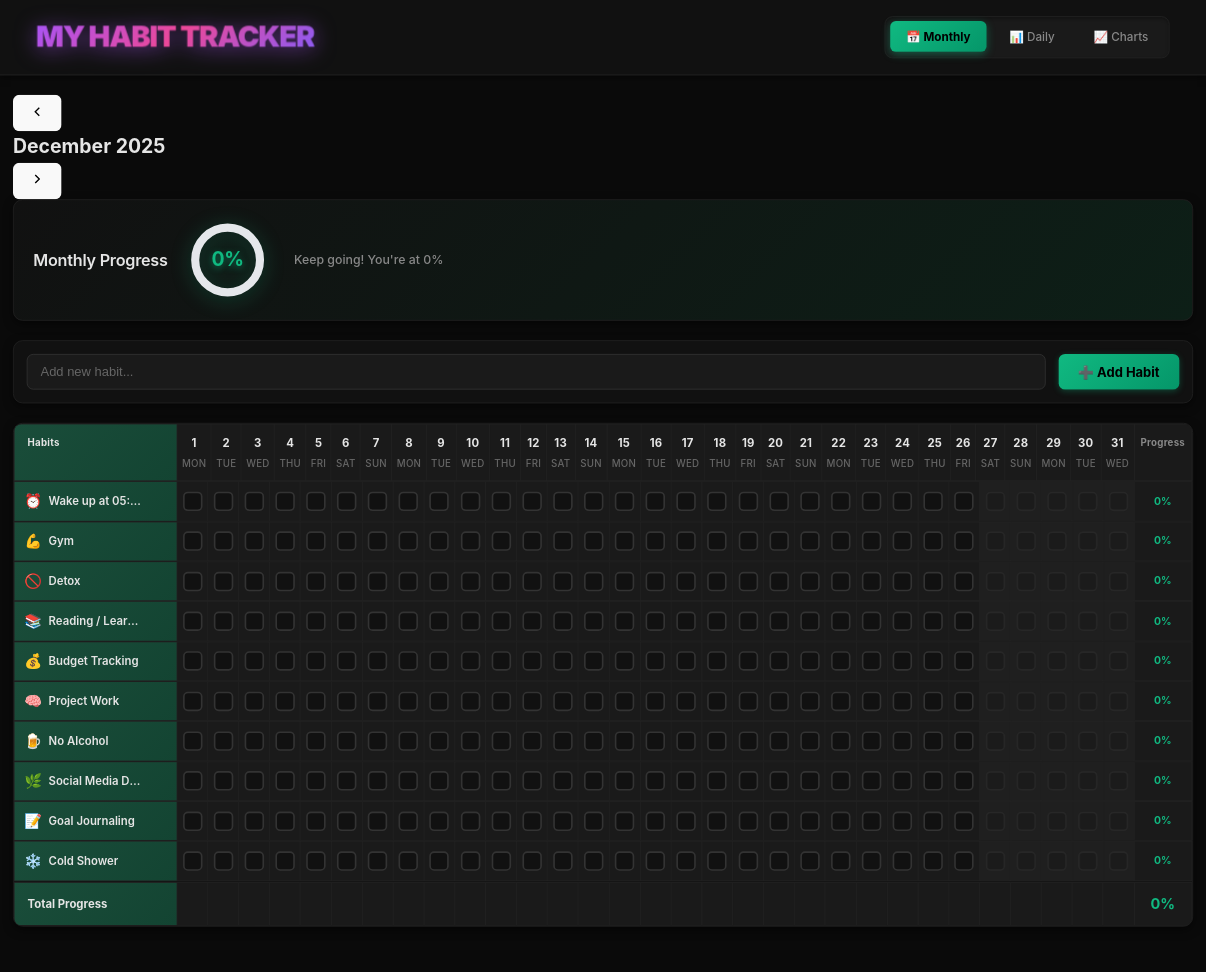
Repository: vijayan600/Habit-Tracker
Page: /
These files come from the project's save history. The page is drawn as it stood at one moment and after the next save; the edit follows.
The browser window is 1280 px wide. The page is 1489 px wide, so the pictures cover 1489 px, including what lies to the right of the window. The pictures show the whole page, at 81% of full size.
The project was rebuilt for these pictures with package versions that can differ from the ones it lists, and the page was loaded fresh each time. Also part of the build but not shown: vite.config.js, src/styles/DayCard.css, src/components/DayCard.jsx, src/styles/WeeklyView.css, src/components/WeeklyView.jsx, src/components/StatsChart.jsx.

Above is the page before, as saved 2026-02-04 18:02:15.

### index.html
<!doctype html>
<html lang="en">
  <head>
    <meta charset="UTF-8" />
    <link rel="icon" type="image" href="web-img.png" />
    <meta name="viewport" content="width=device-width, initial-scale=1.0" />
    <title>Habit-Tracker</title>
  </head>
  <body>
    <div id="root"></div>
    <script type="module" src="/src/main.jsx"></script>
  </body>
</html>

### src/App.jsx
import React, { useState, useEffect } from 'react';
import Header from './components/Header';
import MonthlyView from './components/MonthlyView';
import WeeklyView from './components/WeeklyView';
import StatsChart from './components/StatsChart';
import { loadHabits, saveHabits } from './utils/storage';
import './App.css';

export default function App() {
  // Use current date that updates - for current month/year
  const [currentYear, setCurrentYear] = useState(new Date().getFullYear());
  const [currentMonth, setCurrentMonth] = useState(new Date().getMonth());
  const [habits, setHabits] = useState([]);
  const [view, setView] = useState('monthly'); // 'monthly', 'daily', 'stats'

  // Load habits on mount
  useEffect(() => {
    const savedHabits = loadHabits();
    if (savedHabits && savedHabits.length > 0) {
      setHabits(savedHabits);
    } else {
      // Default habits
      setHabits([
        { id: 1, name: 'Wake up at 05:00', emoji: '⏰', completed: {} },
        { id: 2, name: 'Gym', emoji: '💪', completed: {} },
        { id: 3, name: 'Detox', emoji: '🚫', completed: {} },
        { id: 4, name: 'Reading / Learning', emoji: '📚', completed: {} },
        { id: 5, name: 'Budget Tracking', emoji: '💰', completed: {} },
        { id: 6, name: 'Project Work', emoji: '🧠', completed: {} },
        { id: 7, name: 'No Alcohol', emoji: '🍺', completed: {} },
        { id: 8, name: 'Social Media Detox', emoji: '🌿', completed: {} },
        { id: 9, name: 'Goal Journaling', emoji: '📝', completed: {} },
        { id: 10, name: 'Cold Shower', emoji: '❄️', completed: {} },
      ]);
    }
  }, []);

  // Save habits when they change
  useEffect(() => {
    if (habits.length > 0) {
      saveHabits(habits);
    }
  }, [habits]);

  const addHabit = (name) => {
    const newHabit = {
      id: Date.now(),
      name,
      completed: {}
    };
    setHabits([...habits, newHabit]);
  };

  const toggleDay = (habitId, dateKey) => {
    setHabits(prev => prev.map(habit => {
      if (habit.id === habitId) {
        const completed = { ...habit.completed };
        completed[dateKey] = !completed[dateKey];
        return { ...habit, completed };
      }
      return habit;
    }));
  };

  const deleteHabit = (habitId) => {
    setHabits(prev => prev.filter(h => h.id !== habitId));
  };

  // Month navigation functions
  const goToPreviousMonth = () => {
    if (currentMonth === 0) {
      setCurrentMonth(11);
      setCurrentYear(currentYear - 1);
    } else {
      setCurrentMonth(currentMonth - 1);
    }
  };

  const goToNextMonth = () => {
    if (currentMonth === 11) {
      setCurrentMonth(0);
      setCurrentYear(currentYear + 1);
    } else {
      setCurrentMonth(currentMonth + 1);
    }
  };

  const goToToday = () => {
    const today = new Date();
    setCurrentYear(today.getFullYear());
    setCurrentMonth(today.getMonth());
  };

  return (
    <div className="app">
      <Header view={view} setView={setView} />

      {view === 'monthly' && (
        <MonthlyView
          habits={habits}
          currentYear={currentYear}
          currentMonth={currentMonth}
          toggleDay={toggleDay}
          addHabit={addHabit}
          deleteHabit={deleteHabit}
          goToPreviousMonth={goToPreviousMonth}
          goToNextMonth={goToNextMonth}
          goToToday={goToToday}
        />
      )}

      {view === 'daily' && (
        <WeeklyView
          habits={habits}
          currentYear={currentYear}
          currentMonth={currentMonth}
        />
      )}

      {view === 'stats' && (
        <StatsChart
          habits={habits}
          currentYear={currentYear}
          currentMonth={currentMonth}
        />
      )}
    </div>
  );
}

### src/components/Header.jsx
import React from 'react';

export default function Header({ view, setView }) {
  return (
    <header className="header" style={{ position: 'static' }}>
      <div className="header-content">
        <h1 className="title">My Habit Tracker</h1>
        <div className="view-toggle">
          <button
            className={view === 'monthly' ? 'active' : ''}
            onClick={() => setView('monthly')}
          >
            📅 Monthly
          </button>
          <button
            className={view === 'daily' ? 'active' : ''}
            onClick={() => setView('daily')}
          >
            📊 Daily
          </button>
          <button
            className={view === 'stats' ? 'active' : ''}
            onClick={() => setView('stats')}
          >
            📈 Charts
          </button>
        </div>
      </div>
    </header>
  );
}

### src/App.css
* {
  margin: 0;
  padding: 0;
  box-sizing: border-box;
}

body {
  font-family: -apple-system, BlinkMacSystemFont, 'Segoe UI', 'Roboto', 'Oxygen', 'Ubuntu', 'Cantarell', sans-serif;
  background: #0a0a0a;
  color: #e5e5e5;
  line-height: 1.6;
  overflow-x: hidden;
}

.app {
  min-height: 100vh;
  background: #0a0a0a;
  position: relative;
  padding-top: 0; /* sticky header sits in flow, no offset needed here */
}

/* Every direct child view below the header gets breathing room */
.app > *:not(.header) {
  padding-top: 1.5rem;
}

/* ─── Sticky Header ─── */
.header {
  background: #111;
  border-bottom: 1px solid #222;
  padding: 1.25rem 2rem;
  position: sticky;
  top: 0;
  z-index: 1000;
  box-shadow: 0 2px 8px rgba(0, 0, 0, 0.5);
}

.header-content {
  max-width: 1400px;
  margin: 0 auto;
  display: flex;
  justify-content: space-between;
  align-items: center;
  gap: 1.5rem;
  width: 100%;
}

.title {
  font-size: 2.25rem;
  background: linear-gradient(135deg, #a855f7 0%, #ec4899 50%, #8b5cf6 100%);
  -webkit-background-clip: text;
  -webkit-text-fill-color: transparent;
  background-clip: text;
  font-weight: 900;
  letter-spacing: -1.5px;
  flex-shrink: 1;
  min-width: 0;
  filter: drop-shadow(0 4px 12px rgba(168, 85, 247, 0.5));
  font-family: -apple-system, BlinkMacSystemFont, 'Segoe UI', 'Roboto', sans-serif;
  position: relative;
  animation: titleGlow 3s ease-in-out infinite;
  text-transform: uppercase;
  line-height: 1.2;
}

@keyframes titleGlow {
  0%, 100% {
    filter: drop-shadow(0 4px 12px rgba(168, 85, 247, 0.5));
  }
  50% {
    filter: drop-shadow(0 6px 20px rgba(168, 85, 247, 0.8));
  }
}

.view-toggle {
  display: flex;
  gap: 0.5rem;
  background: #1a1a1a;
  padding: 0.35rem;
  border-radius: 10px;
  border: 1px solid #222;
  flex-shrink: 0;
  box-shadow: inset 0 2px 4px rgba(0, 0, 0, 0.3);
}

.view-toggle button {
  padding: 0.65rem 1.25rem;
  background: transparent;
  border: none;
  border-radius: 7px;
  cursor: pointer;
  font-size: 0.9rem;
  color: #888;
  transition: all 0.2s ease;
  font-weight: 500;
  white-space: nowrap;
  min-width: 80px;
  text-align: center;
}

.view-toggle button.active {
  background: linear-gradient(135deg, #10b981 0%, #059669 100%);
  color: #000;
  font-weight: 700;
  box-shadow: 0 3px 10px rgba(16, 185, 129, 0.4);
  transform: translateY(-1px);
}

.view-toggle button:hover:not(.active) {
  color: #e5e5e5;
  background: #252525;
  transform: translateY(-1px);
}

.stats-view {
  max-width: 1400px;
  margin: 2rem auto;
  padding: 2rem;
  text-align: center;
  color: #e5e5e5;
  position: relative;
  z-index: 1;
}

/* Responsive Design */
@media (max-width: 1024px) {
  .title {
    font-size: 2rem;
    letter-spacing: -1.2px;
  }
}

@media (max-width: 768px) {
  .header {
    padding: 1rem 1rem;
  }

  .header-content {
    flex-direction: row;
    flex-wrap: wrap;
    gap: 0.75rem;
    justify-content: center;
  }

  .title {
    font-size: 1.625rem;
    letter-spacing: -1px;
    flex: 1 1 100%;
    text-align: center;
    order: 1;
    margin-bottom: 0.25rem;
    padding: 0 0.5rem;
    line-height: 1.3;
  }

  .view-toggle {
    flex: 1 1 100%;
    order: 2;
    max-width: 100%;
    padding: 0.4rem;
  }

  .view-toggle button {
    flex: 1;
    padding: 0.7rem 0.5rem;
    font-size: 0.875rem;
    min-width: auto;
  }

  .stats-view {
    padding: 1rem;
    margin: 1rem auto;
  }
}

@media (max-width: 480px) {
  .header {
    padding: 0.875rem 0.75rem;
  }

  .header-content {
    gap: 0.75rem;
  }

  .title {
    font-size: 1.375rem;
    margin-bottom: 0.25rem;
    letter-spacing: -0.8px;
    padding: 0 0.25rem;
    line-height: 1.25;
  }

  .view-toggle {
    padding: 0.3rem;
    gap: 0.4rem;
    border-radius: 8px;
  }

  .view-toggle button {
    padding: 0.625rem 0.5rem;
    font-size: 0.8rem;
    border-radius: 6px;
    min-width: 65px;
  }
}

/* Dark theme enhancements */
@media (prefers-color-scheme: dark) {
  body {
    background: #000;
  }

  .app {
    background: #000;
  }
}

/* Ensure tooltips and modals can appear above everything */
[role="tooltip"],
.tooltip,
.chart-tooltip {
  z-index: 999999 !important;
  pointer-events: none !important;
}

/* Allow SVG interactions */
svg,
svg * {
  pointer-events: auto;
}

svg circle {
  pointer-events: all !important;
}

svg text,
svg line,
svg path {
  pointer-events: none !important;
}

### src/components/HabitList.jsx
import React from 'react';
import HabitRow from './HabitRow';
import '../styles/HabitList.css';

export default function HabitList({ habits, currentYear, currentMonth, daysInMonth, toggleDay, deleteHabit }) {
  return (
    <div className="habit-list">
      {habits.map(habit => (
        <HabitRow
          key={habit.id}
          habit={habit}
          currentYear={currentYear}
          currentMonth={currentMonth}
          daysInMonth={daysInMonth}
          toggleDay={toggleDay}
          deleteHabit={deleteHabit}
        />
      ))}
    </div>
  );
}

### src/components/ProgressCircle.jsx
import React from 'react';
import '../styles/ProgressCircle.css';

export default function ProgressCircle({ percentage, size = 120 }) {
  const radius = (size - 20) / 2;
  const circumference = 2 * Math.PI * radius;
  const offset = circumference - (percentage / 100) * circumference;
  const color = percentage === 100 ? '#fbbf24' : '#10b981';

  return (
    <div className="progress-circle-container" style={{ width: size, height: size }}>
      <svg width={size} height={size}>
        <circle
          cx={size / 2}
          cy={size / 2}
          r={radius}
          fill="none"
          stroke="#e5e7eb"
          strokeWidth="10"
        />
        <circle
          cx={size / 2}
          cy={size / 2}
          r={radius}
          fill="none"
          stroke={color}
          strokeWidth="10"
          strokeDasharray={circumference}
          strokeDashoffset={offset}
          strokeLinecap="round"
          transform={`rotate(-90 ${size / 2} ${size / 2})`}
          style={{ transition: 'stroke-dashoffset 0.5s ease' }}
        />
      </svg>
      <div className="progress-percentage">
        {Math.round(percentage)}%
      </div>
    </div>
  );
}

### src/components/HabitRow.jsx
import React from 'react';
import DailyCheckbox from './DailyCheckbox';
import { getDateKey } from '../utils/dateHelpers';
import { calculateProgress } from '../utils/progressCalculator';

export default function HabitRow({ habit, currentYear, currentMonth, daysInMonth, toggleDay, deleteHabit }) {
  const progress = calculateProgress(habit, currentYear, currentMonth);

  return (
    <div className="habit-row">
      <div className="habit-name-cell">
        <span className="habit-emoji">{habit.emoji}</span>
        <span className="habit-name">{habit.name}</span>
        <button
          className="delete-btn"
          onClick={() => deleteHabit(habit.id)}
          title="Delete habit"
        >
          ×
        </button>
      </div>

      {Array.from({ length: daysInMonth }, (_, i) => {
        const day = i + 1;
        const dateKey = getDateKey(currentYear, currentMonth, day);
        const isChecked = habit.completed[dateKey] || false;
        const isFuture = new Date(currentYear, currentMonth, day) > new Date();

        return (
          <DailyCheckbox
            key={day}
            isChecked={isChecked}
            isFuture={isFuture}
            onToggle={() => toggleDay(habit.id, dateKey)}
          />
        );
      })}

      <div className="progress-cell">
        <strong style={{ color: progress === 100 ? '#fbbf24' : '#10b981' }}>
          {progress}%
        </strong>
      </div>
    </div>
  );
}

### src/styles/HabitList.css
.habit-list {
  width: 100%;
}

.habit-row {
  display: grid;
  grid-template-columns: 220px repeat(31, 1fr) 70px;
  gap: 1px;
  background: #222;
  padding: 1px;
  width: 100%;
  transition: background 0.15s ease;
}

.habit-row:hover {
  background: #2a2a2a;
}

/* ─── Name cell ─── */
.habit-name-cell {
  background: linear-gradient(135deg, #1a4d3a 0%, #134432 100%);
  padding: 0.6rem 0.75rem;
  display: flex;
  align-items: center;
  gap: 0.5rem;
  min-width: 0;
}

.habit-emoji {
  font-size: 1.1rem;
  flex-shrink: 0;
}

.habit-name {
  color: #e5e5e5;
  font-weight: 600;
  font-size: 0.875rem;
  white-space: nowrap;
  overflow: hidden;
  text-overflow: ellipsis;
  flex: 1;
  min-width: 0;
}

/* ─── Delete button ─── */
.delete-btn {
  background: transparent;
  border: none;
  color: #666;
  cursor: pointer;
  font-size: 1.25rem;
  line-height: 1;
  padding: 0.15rem 0.3rem;
  border-radius: 4px;
  flex-shrink: 0;
  opacity: 0;
  transition: opacity 0.2s ease, color 0.2s, background 0.2s;
}

.habit-row:hover .delete-btn {
  opacity: 1;
}

.delete-btn:hover {
  color: #ef4444;
  background: rgba(239, 68, 68, 0.15);
}

/* ─── Checkbox cell (the grid column wrapper) ─── */
.checkbox-cell {
  background: #1a1a1a;
  display: flex;
  align-items: center;
  justify-content: center;
  padding: 0.5rem 0.25rem;
  transition: background 0.15s ease;
}

.checkbox-cell:not(.future):hover {
  background: #222;
}

.checkbox-cell.future {
  opacity: 0.35;
}

/* ─── The checkbox box itself ─── */
.checkbox {
  width: 24px;
  height: 24px;
  border-radius: 6px;
  border: 2px solid #333;
  background: #111;
  display: flex;
  align-items: center;
  justify-content: center;
  transition: all 0.2s ease;
}

.checkbox-cell:not(.future):hover .checkbox {
  border-color: #10b981;
  box-shadow: 0 0 6px rgba(16, 185, 129, 0.25);
}

/* ─── Checked state ─── */
.checkbox.checked {
  background: linear-gradient(135deg, #10b981 0%, #059669 100%);
  border-color: #10b981;
  box-shadow: 0 2px 8px rgba(16, 185, 129, 0.4);
}

.checkmark {
  color: #000;
  font-size: 0.85rem;
  font-weight: 700;
  line-height: 1;
}

/* ─── Progress cell ─── */
.progress-cell {
  background: #1a1a1a;
  display: flex;
  align-items: center;
  justify-content: center;
  padding: 0.5rem 0.25rem;
  font-size: 0.8rem;
}

/* ═══════════════════════════════════════════
   RESPONSIVE — columns must match MonthlyView.css exactly
   ═══════════════════════════════════════════ */

@media (max-width: 1400px) {
  .habit-row {
    grid-template-columns: 200px repeat(31, 1fr) 70px;
  }
}

@media (max-width: 1200px) {
  .habit-row {
    grid-template-columns: 180px repeat(31, 1fr) 65px;
  }
}

@media (max-width: 1024px) {
  .habit-row {
    grid-template-columns: 160px repeat(31, 1fr) 60px;
  }
}

/* ─── Tablet ─── */
@media (max-width: 768px) {
  .habit-row {
    grid-template-columns: 150px repeat(31, 34px) 60px;
    min-width: calc(150px + 31 * 34px + 60px);
  }

  .habit-name {
    font-size: 0.8rem;
  }

  .habit-name-cell {
    padding: 0.5rem 0.6rem;
    gap: 0.35rem;
  }

  .habit-emoji {
    font-size: 1rem;
  }

  .checkbox {
    width: 22px;
    height: 22px;
    border-radius: 5px;
  }

  .checkmark {
    font-size: 0.75rem;
  }
}

/* ─── Mobile ─── */
@media (max-width: 640px) {
  .habit-row {
    grid-template-columns: 120px repeat(31, 30px) 60px;
    min-width: calc(120px + 31 * 30px + 60px);
  }

  .habit-name-cell {
    padding: 0.45rem 0.5rem;
    gap: 0.25rem;
  }

  .habit-emoji {
    font-size: 0.9rem;
  }

  .habit-name {
    font-size: 0.75rem;
  }

  .progress-cell {
    font-size: 0.7rem;
    padding: 0.45rem 0.1rem;
  }

  .delete-btn {
    font-size: 1rem;
    opacity: 1;
    padding: 0.1rem 0.2rem;
  }

  .checkbox {
    width: 20px;
    height: 20px;
    border-radius: 5px;
  }

  .checkmark {
    font-size: 0.7rem;
  }
}

/* ─── Small mobile ─── */
@media (max-width: 480px) {
  .habit-row {
    grid-template-columns: 110px repeat(31, 28px) 55px;
    min-width: calc(110px + 31 * 28px + 55px);
  }

  .habit-name-cell {
    padding: 0.4rem 0.4rem;
    gap: 0.2rem;
  }

  .habit-emoji {
    font-size: 0.85rem;
  }

  .habit-name {
    font-size: 0.7rem;
  }

  .progress-cell {
    font-size: 0.65rem;
  }

  .checkbox {
    width: 18px;
    height: 18px;
    border-radius: 4px;
    border-width: 1.5px;
  }

  .checkmark {
    font-size: 0.65rem;
  }
}

### src/styles/ProgressCircle.css
.progress-circle-container {
  position: relative;
  display: inline-block;
  filter: drop-shadow(0 4px 12px rgba(16, 185, 129, 0.3));
}

.progress-percentage {
  position: absolute;
  top: 50%;
  left: 50%;
  transform: translate(-50%, -50%);
  font-size: 1.5rem;
  font-weight: 700;
  color: #10b981;
  text-shadow: 0 2px 8px rgba(16, 185, 129, 0.5);
  letter-spacing: -0.5px;
}

/* Responsive adjustments */
@media (max-width: 1024px) {
  .progress-percentage {
    font-size: 1.4rem;
  }
}

@media (max-width: 768px) {
  .progress-circle-container {
    filter: drop-shadow(0 3px 10px rgba(16, 185, 129, 0.3));
  }

  .progress-percentage {
    font-size: 1.3rem;
  }
}

@media (max-width: 640px) {
  .progress-percentage {
    font-size: 1.2rem;
  }
}

@media (max-width: 480px) {
  .progress-circle-container {
    filter: drop-shadow(0 2px 8px rgba(16, 185, 129, 0.3));
  }

  .progress-percentage {
    font-size: 1.1rem;
  }
}

/* Animation for progress circle */
.progress-circle-container svg {
  transition: all 0.3s ease;
}

.progress-circle-container:hover svg {
  filter: brightness(1.1);
}

/* Circle path styling */
.progress-circle-container svg circle {
  transition: stroke-dashoffset 0.5s ease;
}

/* Dark theme enhancements */
.progress-circle-container svg {
  background: transparent;
}

/* Glow effect for completed circles */
.progress-circle-container.completed {
  filter: drop-shadow(0 4px 16px rgba(16, 185, 129, 0.5));
}

.progress-circle-container.completed .progress-percentage {
  animation: pulse 2s ease-in-out infinite;
}

@keyframes pulse {
  0%, 100% {
    text-shadow: 0 2px 8px rgba(16, 185, 129, 0.5);
  }
  50% {
    text-shadow: 0 2px 16px rgba(16, 185, 129, 0.8);
  }
}

### src/components/DailyCheckbox.jsx
import React from 'react';

export default function DailyCheckbox({ isChecked, isFuture, onToggle }) {
  return (
    <div
      className={`checkbox-cell ${isFuture ? 'future' : ''}`}
      onClick={!isFuture ? onToggle : undefined}
      style={{ cursor: isFuture ? 'not-allowed' : 'pointer' }}
    >
      <div className={`checkbox ${isChecked ? 'checked' : ''}`}>
        {isChecked && <span className="checkmark">✓</span>}
      </div>
    </div>
  );
}

Loaded but not shown: src/main.jsx (common file); src/index.css (common file); src/utils/dateHelpers.js (78 lines, source omitted); src/utils/progressCalculator.js (39 lines, source omitted); src/utils/storage.js (25 lines, source omitted); src/styles/StatsChart.css (532 lines, source omitted); src/styles/MonthlyView.css (423 lines, source omitted); src/components/MonthlyView.jsx (130 lines, source omitted)

After the next save:
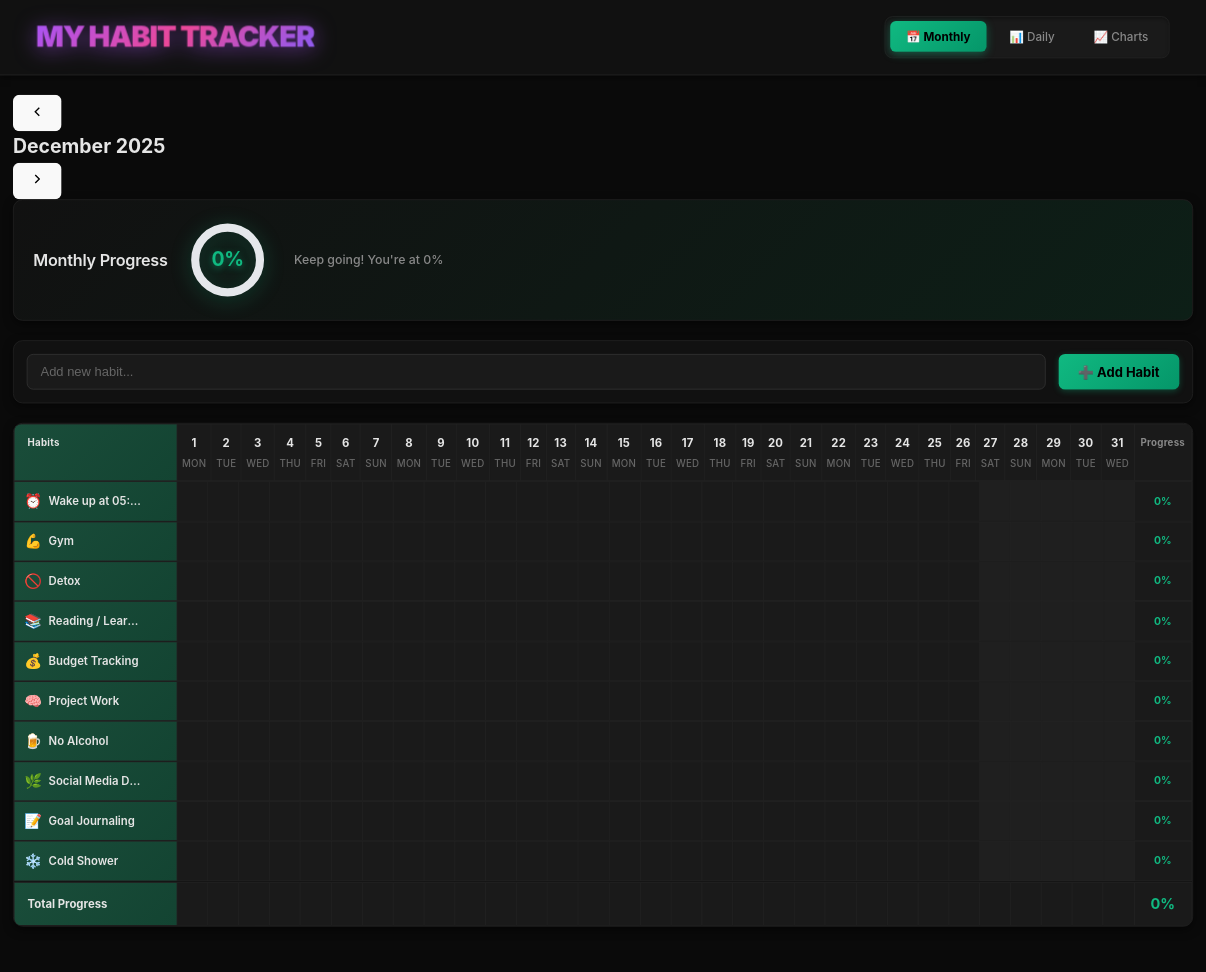
Saved 60 min 17 s later.
--- a/src/components/DailyCheckbox.jsx
+++ b/src/components/DailyCheckbox.jsx
@@ -3,13 +3,11 @@ import React from 'react';
 export default function DailyCheckbox({ isChecked, isFuture, onToggle }) {
   return (
     <div
-      className={`checkbox-cell ${isFuture ? 'future' : ''}`}
+      className={`checkbox-cell ${isFuture ? 'future' : ''} ${isChecked ? 'checked' : ''}`}
       onClick={!isFuture ? onToggle : undefined}
       style={{ cursor: isFuture ? 'not-allowed' : 'pointer' }}
     >
-      <div className={`checkbox ${isChecked ? 'checked' : ''}`}>
-        {isChecked && <span className="checkmark">✓</span>}
-      </div>
+      {isChecked && <span className="checkmark">✓</span>}
     </div>
   );
 }
